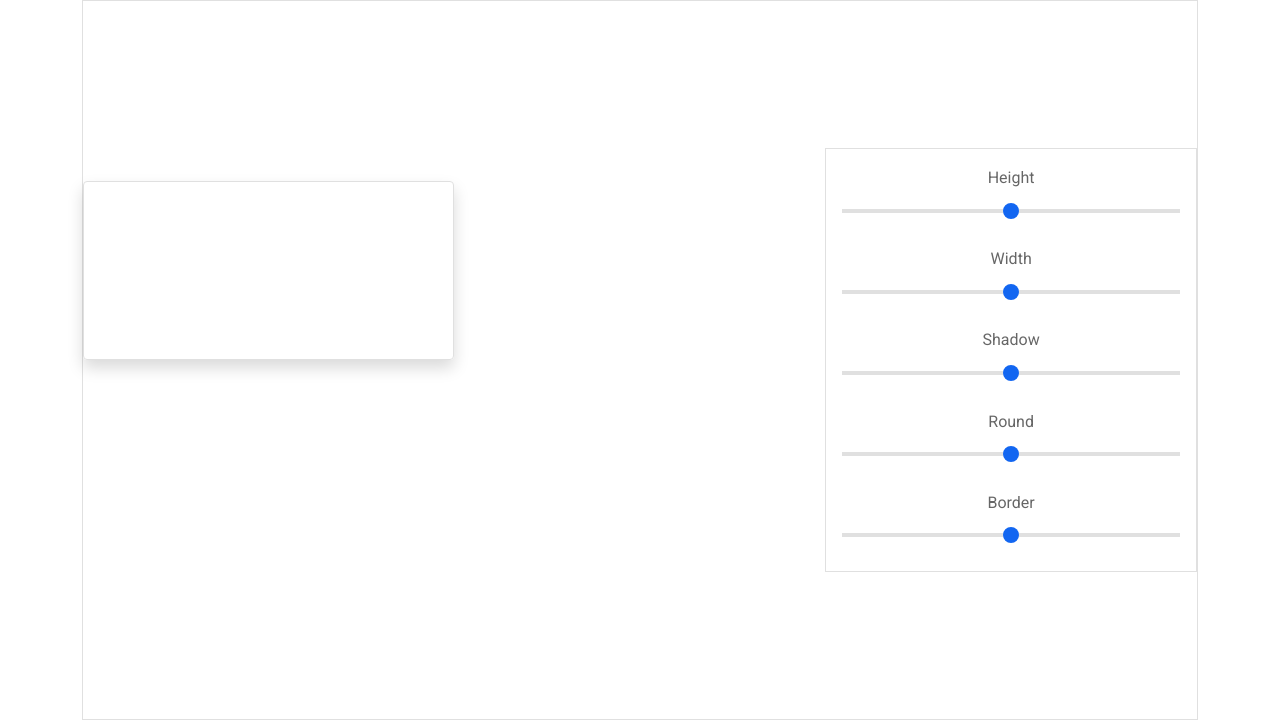
Repository: USaditya98/card-generator
Page: index.html
These files come from the project's save history. The page is drawn as it stood at one moment and after a run of saves; the edit follows.
The browser window is 1280 px wide. The pictures show the whole page.

Above is the page before, as saved 2021-10-20 11:21:28.

### index.html
<!DOCTYPE html>
<html lang="en">
  <head>
    <meta charset="UTF-8" />
    <meta name="viewport" content="width=device-width, initial-scale=1, shrink-to-fit=no" />
    <meta http-equiv="x-ua-compatible" content="ie=edge" />
    <title>Material Design for Bootstrap</title>
    <!-- MDB icon -->
    <link rel="icon" href="img/mdb-favicon.ico" type="image/x-icon" />
    <!-- Font Awesome -->
    <link rel="stylesheet" href="https://use.fontawesome.com/releases/v5.15.2/css/all.css" />
    <!-- Google Fonts Roboto -->
    <link
      rel="stylesheet"
      href="https://fonts.googleapis.com/css2?family=Roboto:wght@300;400;500;700;900&display=swap"
    />
    <!-- MDB -->
    <link rel="stylesheet" href="css/mdb.min.css" />
  </head>
  <body>
    <!-- Start your project here-->
    <div class="container">
      <div class="d-flex justify-content-between align-items-center text-center border" style="height: 100vh;">
            <div class=" w-100 h-50" id="create">
                <div class="text-center w-50 h-50 border rounded shadow">
                </div>
            </div>
            <div class="border w-50 ">
            <div class="m-3">
                <label class="form-label" for="height">Height</label>
                <div class="range">
                <input type="range" class="form-range" id="height" min="0" max="500" step="10"/>
                </div>
            </div>
            <div class="m-3">
                <label class="form-label" for="width">Width</label>
                <div class="range">
                <input type="range" class="form-range" id="width" min="0" max="500" step="10" />
                </div>
            </div>
            <div class="m-3">
                <label class="form-label" for="shadow">Shadow</label>
                <div class="range">
                <input type="range" class="form-range" id="shadow" min="0" max="50" step="1"/>
                </div>
            </div>
            <div class="m-3">
                <label class="form-label" for="customRange1">Round</label>
                <div class="range">
                <input type="range" class="form-range" id="customRange1" />
                </div>
            </div>
            <div class="m-3">
                <label class="form-label" for="customRange1">Border</label>
                <div class="range">
                <input type="range" class="form-range" id="customRange1" />
                </div>
            </div>
            </div>
      </div>
    </div>
    <!-- End your project here-->

    <!-- MDB -->
    <script type="text/javascript" src="js/mdb.min.js"></script>
    <!-- Custom scripts -->
    <script type="text/javascript">
        function myFunction() {
            var div = document.createElement("DIV");
            document.body.appendChild(btn);
        }
    </script>
  </body>
</html>

Loaded but not shown: css/mdb.min.css (library); js/mdb.min.js (library)

After the next 6 saves:
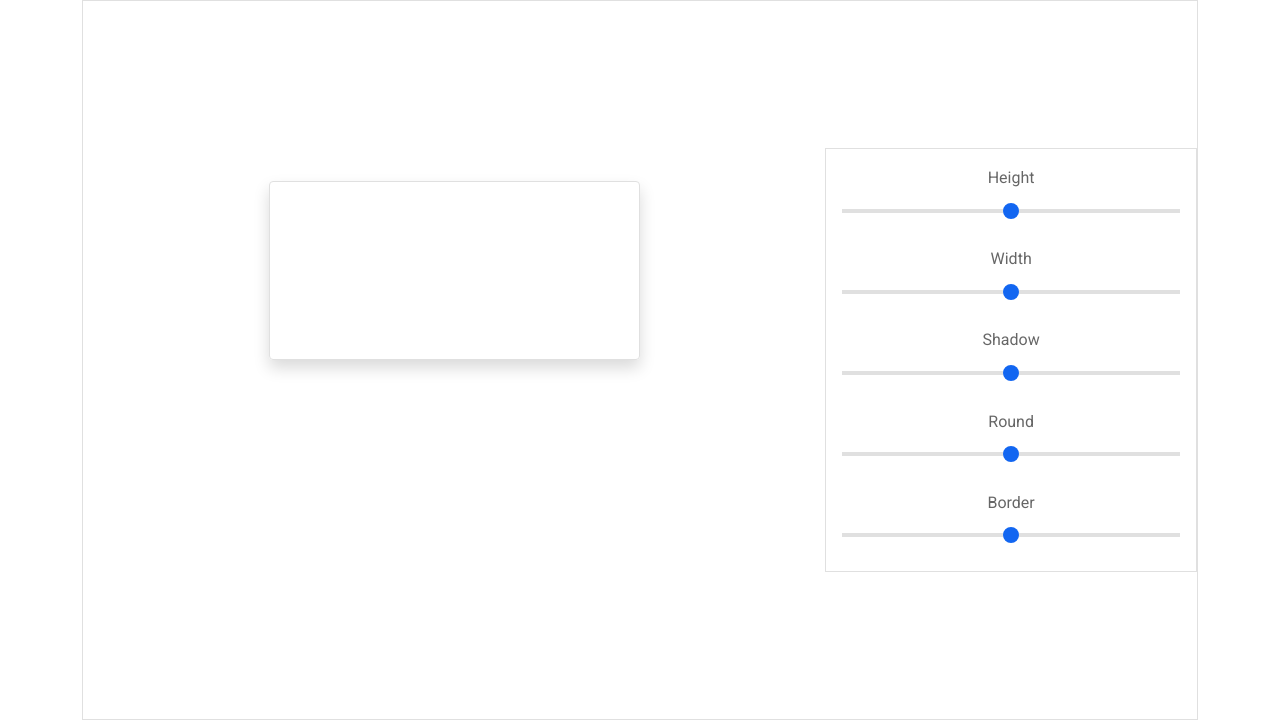
The 6 saves are shown as one change because they came seconds apart.
The last was saved 32 s later.
--- a/index.html
+++ b/index.html
@@ -21,7 +21,7 @@
     <!-- Start your project here-->
     <div class="container">
       <div class="d-flex justify-content-between align-items-center text-center border" style="height: 100vh;">
-            <div class=" w-100 h-50" id="create">
+            <div class="d-flex justify-content-center w-100 h-50" id="create">
                 <div class="text-center w-50 h-50 border rounded shadow">
                 </div>
             </div>
